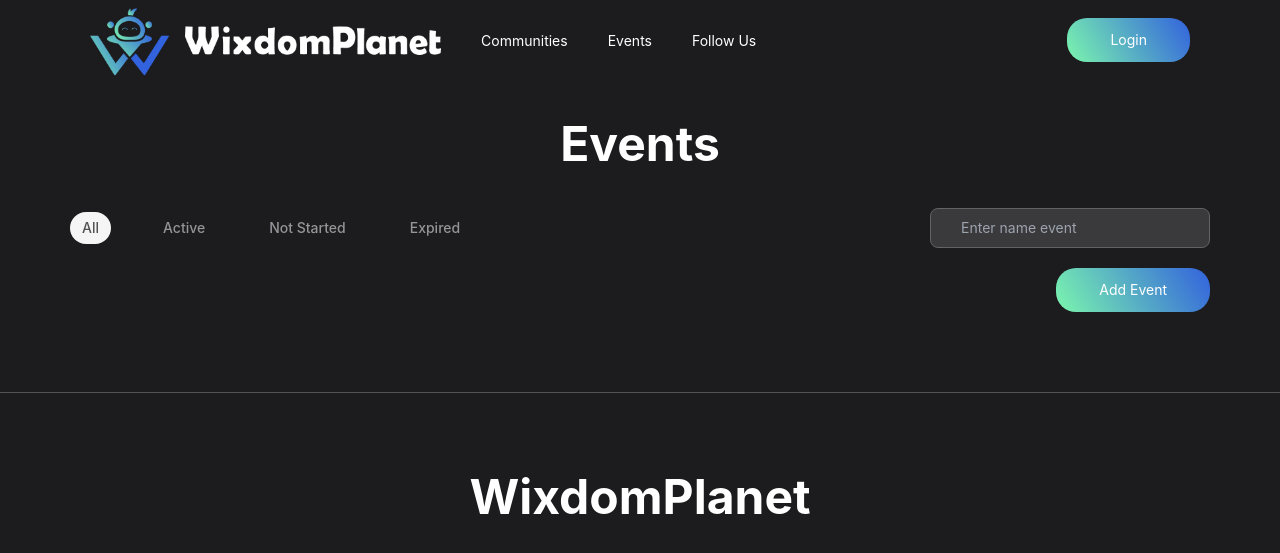
Repository: haudnn/WixdomPlanet-demo
Page: /
These files come from the project's save history. The page is drawn as it stood at one moment and after the next save; the edit follows.
The browser window is 1280 px wide. The pictures show the whole page.
The project was rebuilt for these pictures with package versions that can differ from the ones it lists, and the page was loaded fresh each time. Also part of the build but not shown: vite.config.js, src/features/Event/page/AddEvent.jsx, src/features/Event/components/EventItem.jsx.

Above is the page before, as saved 2023-02-04 12:41:18.

After the next save:
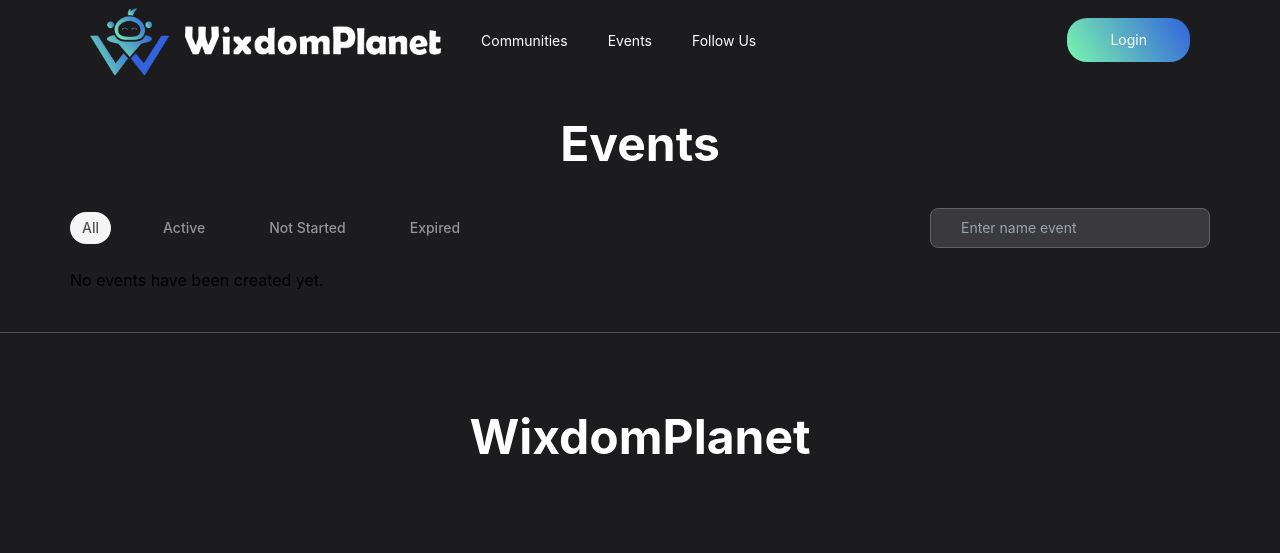
Saved 2 min 31 s later.
--- a/src/features/Home.jsx
+++ b/src/features/Home.jsx
@@ -33,7 +33,13 @@
         </div>
       </div>
       <div className="mt-5">
-        <Event events={events} />
+       {
+        events.length > 0 ? ( <Event events={events} />) : (
+          <div>
+            <span>No events have been created yet.</span>
+          </div>
+        )
+       }
       </div>
     </section>
   );
